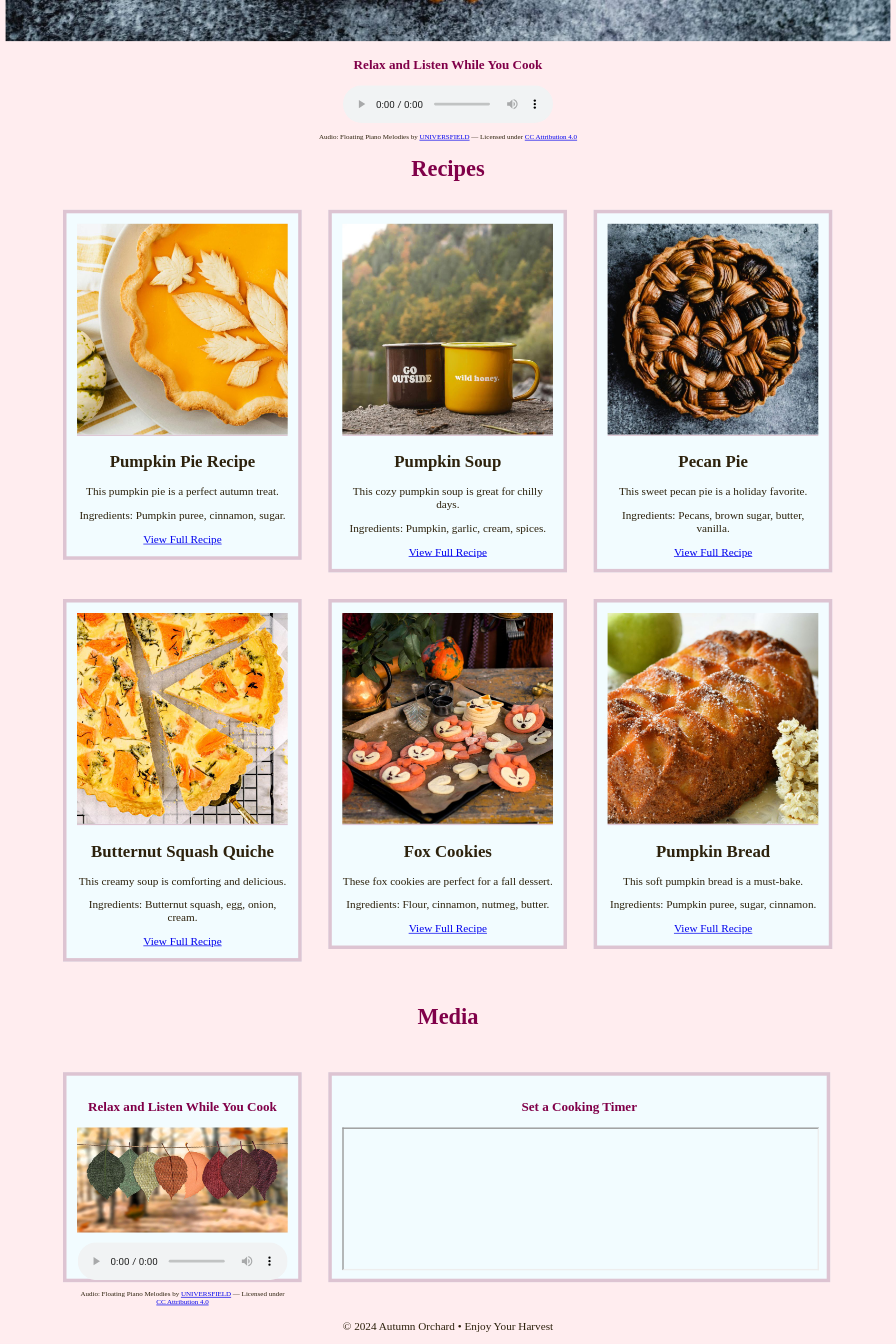
Repository: Brittany-Westlund/MART341-WebDesign
Page: WebDesignHomework/Assignment8/recipes.html
These files come from the project's save history. The page is drawn as it stood at one moment and after the next save; the edit follows.
The browser window is 1280 px wide. The pictures show the part of the page from y = 864 to 2784 px (the page is 2784 px tall), at 70% of full size.
Pictures or frames that could not be fetched are drawn as grey boxes.

Above is the page before, as saved 2024-10-13 14:29:03.

After the next save:
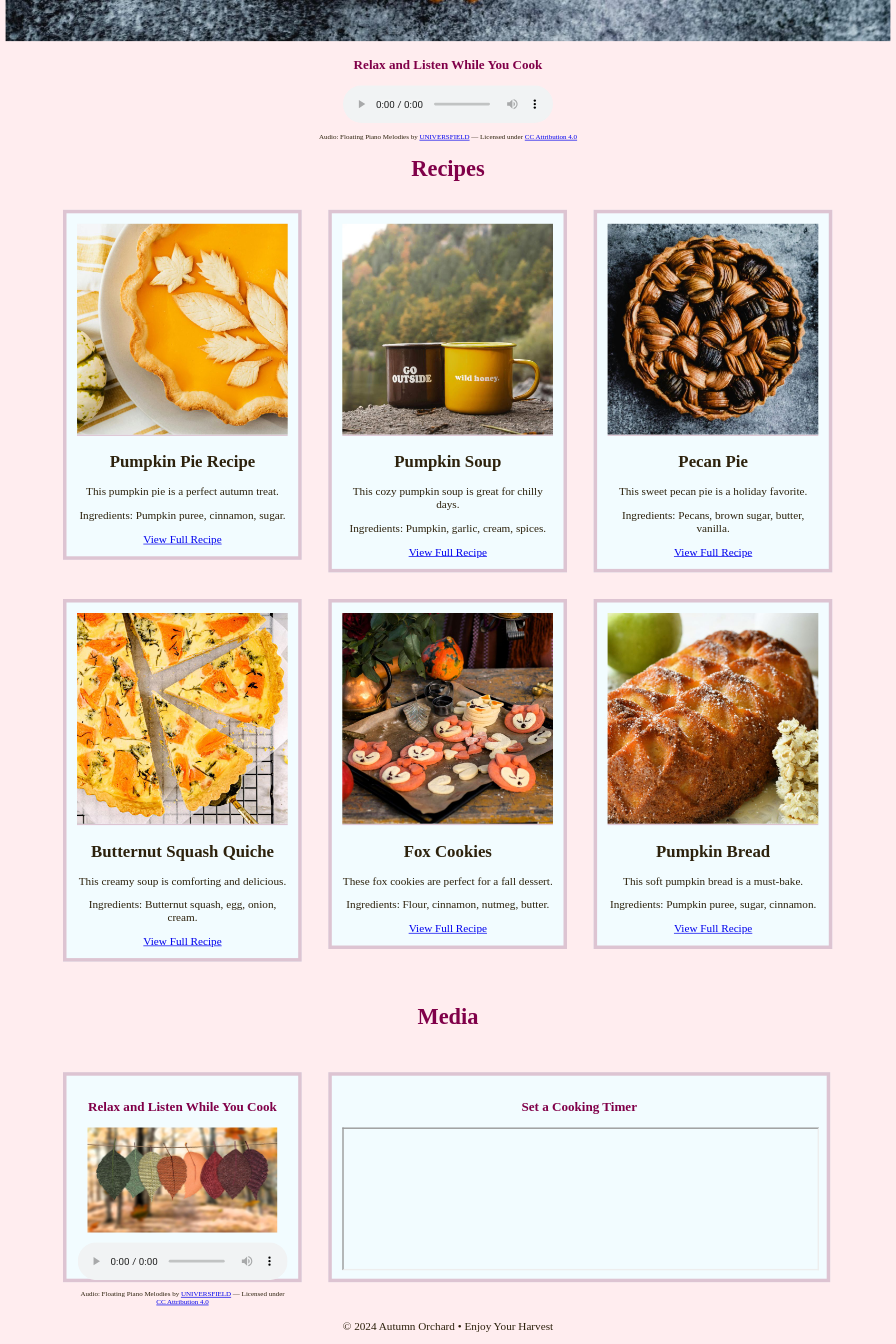
Saved 62 s later.
--- a/WebDesignHomework/Assignment8/recipes.html
+++ b/WebDesignHomework/Assignment8/recipes.html
@@ -168,7 +168,7 @@
 <!-- Audio element -->
     <div class="media-item audio-section">
         <h3>Relax and Listen While You Cook</h3>
-        <img src="images/autumn-leaf-banner-hero.jpg" alt="Leaf banner" style="width: 100%; height: auto; max-height: 150px; margin-bottom: 10px;">
+        <img src="images/autumn-leaf-banner-hero.jpg" alt="Leaf banner" style="width: 90%; height: auto; max-height: 150px; margin-bottom: 10px;">
         <audio controls loop>
             <source src="audio/floating-piano-melodies.mp3" type="audio/mpeg">
             Your browser does not support the audio element.
